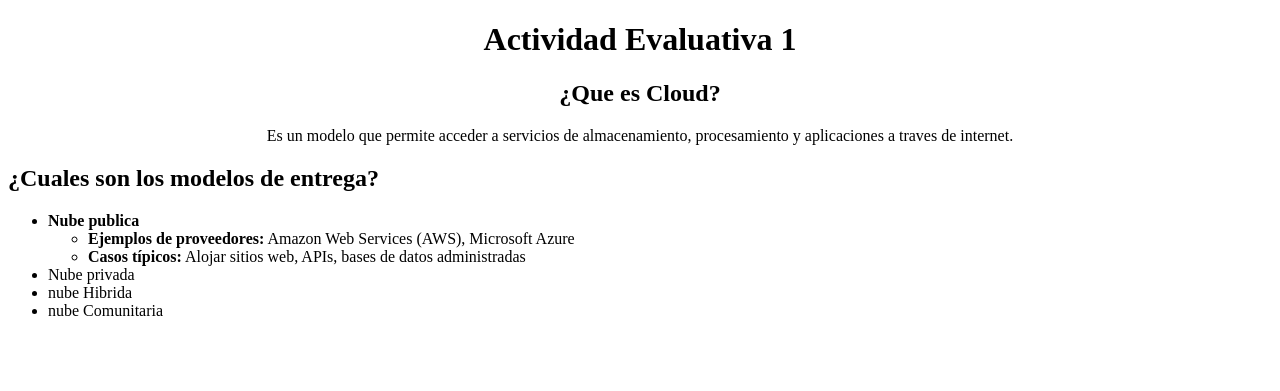
Repository: Laura-Oliveros/Actividad-Evaluativa-1
Page: LauSebas.html
The author's editor kept a copy of each file at every save. The page is drawn from the files as they stood at one save, then again after a run of saves.
The browser window is 1280 px wide. The pictures show the whole page.

Above is the page before, as saved 2025-09-04 19:01:08.

### LauSebas.html
<!DOCTYPE html>
<html lang="en">
<head>
    <meta charset="UTF-8">
    <meta name="viewport" content="width=device-width, initial-scale=1.0">
    <title>Actividad Evaluativa 1</title>
</head>
<body>
    <div class="contenedor" style="text-align: center;">
        <h1>Actividad Evaluativa 1</h1>
        <h2>¿Que es Cloud?</h2>
        <p>Es un modelo que permite acceder a servicios de almacenamiento, procesamiento y aplicaciones a traves de internet.</p>
    </div>

    <div class="contenedor" style="text-align: left;">
        <h2>¿Cuales son los modelos de entrega?</h2>
        <ul>
            <li><strong>Nube publica</strong></li>
            <ul>
                <li><strong>Ejemplos de proveedores:</strong> Amazon Web Services (AWS), Microsoft Azure</li>
                <li><strong>Casos típicos:</strong> Alojar sitios web, APIs, bases de datos administradas</li>
            </ul>

            <li>Nube privada</li>
            <li>nube Hibrida</li>
            <li>nube Comunitaria</li>
        </ul>

</body>
</html>

After the next 5 saves:
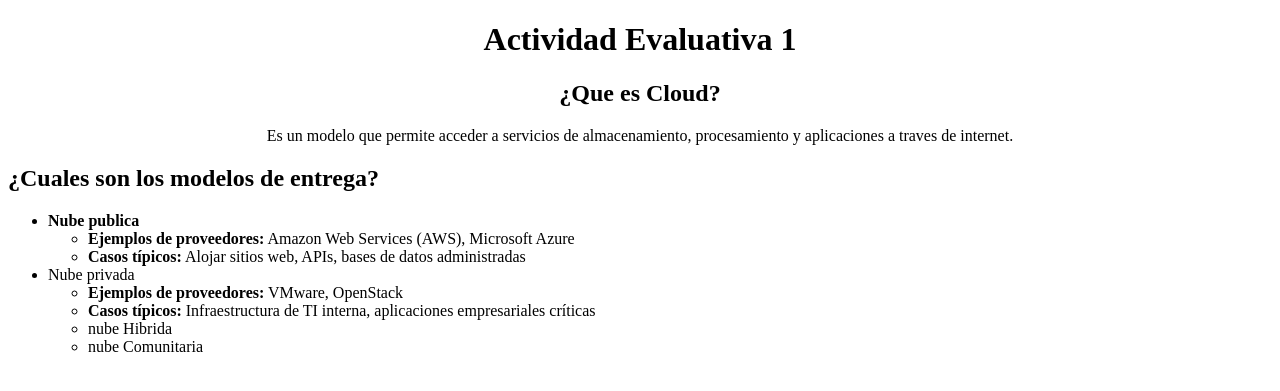
The 5 saves are shown as one change because they came seconds apart.
The last was saved 36 s later.
--- a/LauSebas.html
+++ b/LauSebas.html
@@ -22,6 +22,9 @@
             </ul>
 
             <li>Nube privada</li>
+            <ul>
+                <li><strong>Ejemplos de proveedores:</strong> VMware, OpenStack</li>
+                <li><strong>Casos típicos:</strong> Infraestructura de TI interna, aplicaciones empresariales críticas</li>
             <li>nube Hibrida</li>
             <li>nube Comunitaria</li>
         </ul>
